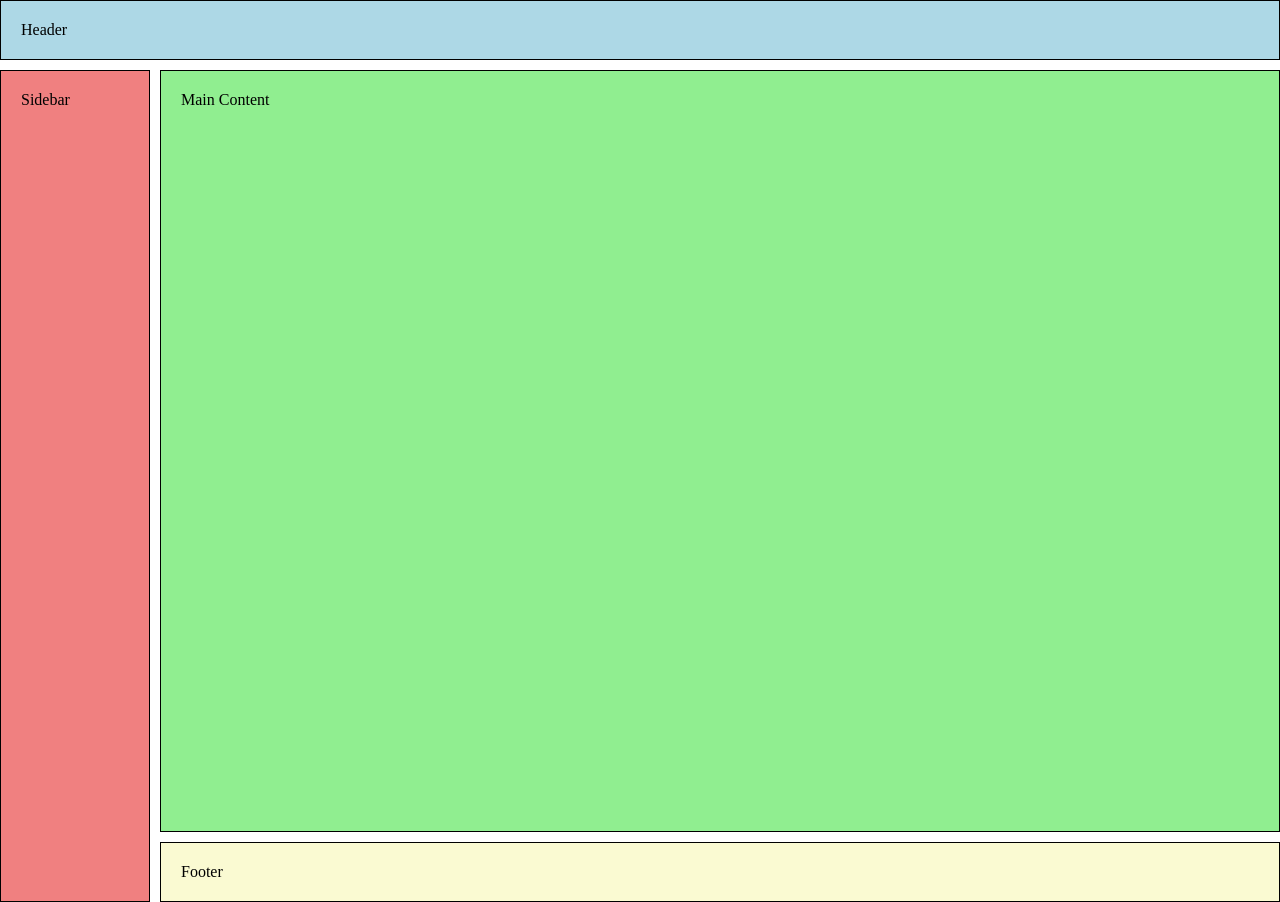
Repository: gustavotwist/desafio-grid
Page: assets/index.html
An editor plug-in stored every save of this project. The page is shown before and after the next save, followed by the edit.
The browser window is 1280 px wide. The pictures show the whole page.

Above is the page before, as saved 2024-08-13 19:47:18.

### assets/index.html
<!DOCTYPE html>
<html lang="pt-BR">
<head>
    <meta charset="UTF-8">
    <meta name="viewport" content="width=device-width, initial-scale=1.0">
    <title>Desafio Grid</title>
    <link rel="stylesheet" href="css/style.css">
</head>
<body>
    <div class="container">
        <header>Header</header>
        <main class="content">Main Content</main>
        <aside>Sidebar</aside>
        <footer>Footer</footer>
    </div>

</body>
</html>

### assets/css/style.css
html, body {
    height: 100%;
    margin: 0;
}

.container {
    display: grid;
    height: 100%;
    grid-template-columns: 150px 1fr 1fr 1fr;
    grid-template-rows: auto 1fr auto;
    grid-template-areas:
        "header header header header"
        "sidebar main main main"
        "sidebar footer footer footer";
    gap: 10px; /* Espaçamento entre os itens */
}

header {
    grid-area: header;
    background-color: lightblue;
}
aside {
    grid-area: sidebar;
    background-color: lightcoral;
}
main {
    grid-area: main;
    background-color: lightgreen;

}
footer {
    grid-area: footer;
    background-color: lightgoldenrodyellow;
}

/* Estilizações adicionais para melhor visualização */
header, aside, main, footer {
    padding: 20px;
    border: 1px solid #000;
}

.content {
    display: grid;
    height: 100vh; /* Usa a altura total da janela de visualização */
    grid-template-columns: 100px 50px 100px; /* Define as colunas */
    grid-template-rows: 80px auto 80px; /* Define as linhas */
    column-gap: 10px; /* Espaçamento entre as colunas */
    row-gap: 15px; /* Espaçamento entre as linhas */
    /* Define áreas para melhor visualização */
    grid-template-areas:
        "header sidebar content"
        "main main main"
        "footer footer footer";
}

After the next save:
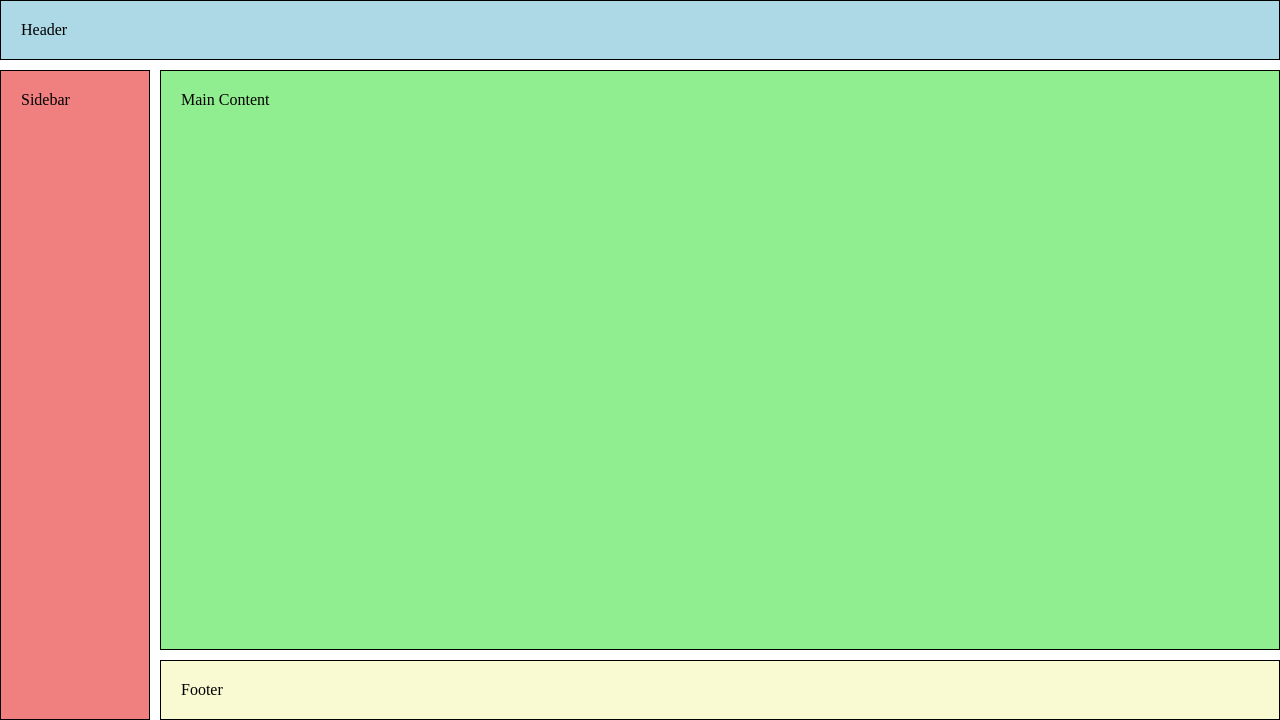
Saved 2 min 0 s later.
--- a/assets/css/style.css
+++ b/assets/css/style.css
@@ -38,17 +38,3 @@
     padding: 20px;
     border: 1px solid #000;
 }
-
-.content {
-    display: grid;
-    height: 100vh; /* Usa a altura total da janela de visualização */
-    grid-template-columns: 100px 50px 100px; /* Define as colunas */
-    grid-template-rows: 80px auto 80px; /* Define as linhas */
-    column-gap: 10px; /* Espaçamento entre as colunas */
-    row-gap: 15px; /* Espaçamento entre as linhas */
-    /* Define áreas para melhor visualização */
-    grid-template-areas:
-        "header sidebar content"
-        "main main main"
-        "footer footer footer";
-}
